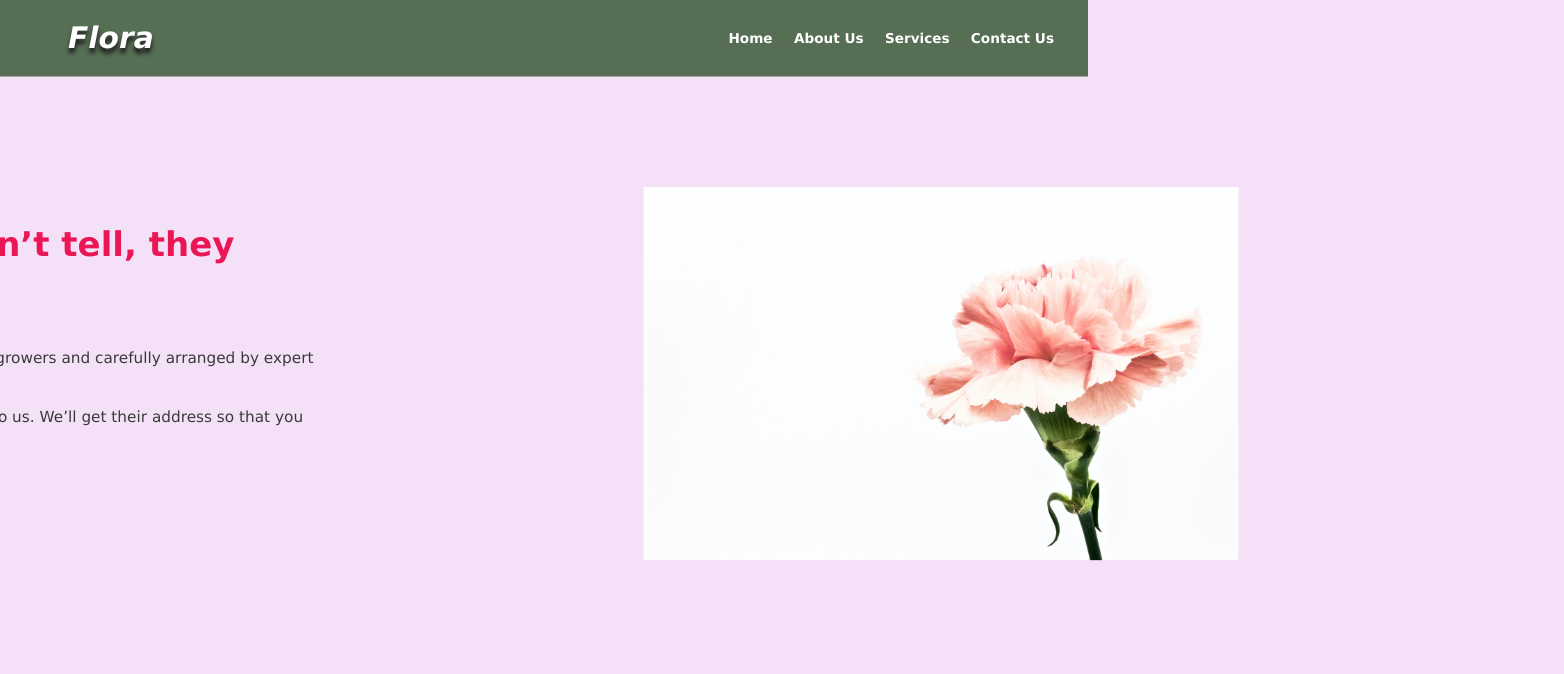
Repository: SaadYasin/test003-flex-box
Page: index.html
The author's editor kept a copy of each file at every save. The page is drawn from the files as they stood at one save, then again after the next save.
The browser window is 1280 px wide. The page is 1657 px wide, then 1840 px, then 1657 px, so the pictures cover 1840 px, including what lies to the right of the window. The pictures show the whole page, at 85% of full size.

Above is the page before, as saved 2022-10-27 21:37:04.

After the next save:
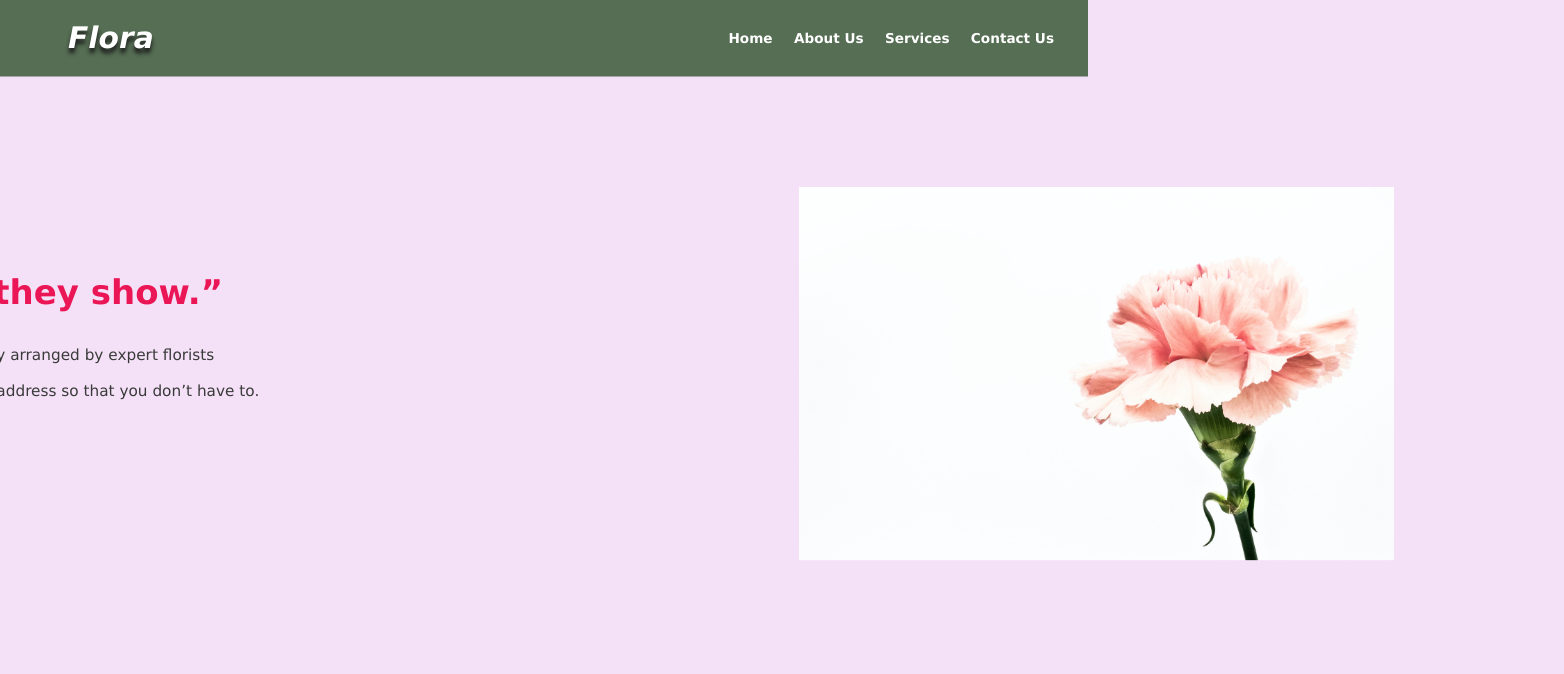
Saved 27 s later.
--- a/styles.css
+++ b/styles.css
@@ -62,6 +62,7 @@
   flex-direction: column;
   flex-basis: 100%;
   flex-shrink: 0;
+  flex
   max-width: 70%;
   padding: 0 100px;
 }

After the 2 saves that followed:
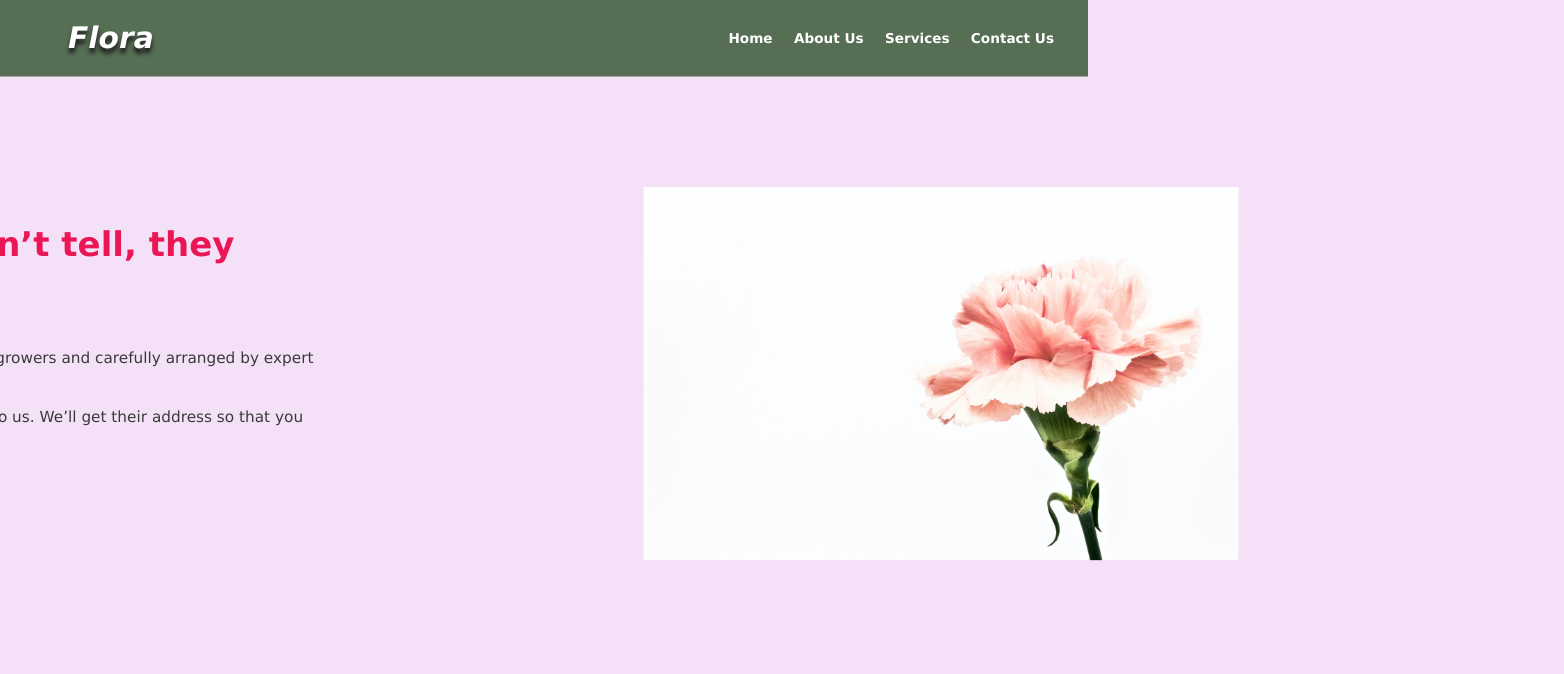
The 2 saves are shown as one change because they came seconds apart.
The last was saved 7 s later.
--- a/styles.css
+++ b/styles.css
@@ -62,7 +62,7 @@
   flex-direction: column;
   flex-basis: 100%;
   flex-shrink: 0;
-  flex
+  flex-grow: 1;
   max-width: 70%;
   padding: 0 100px;
 }
